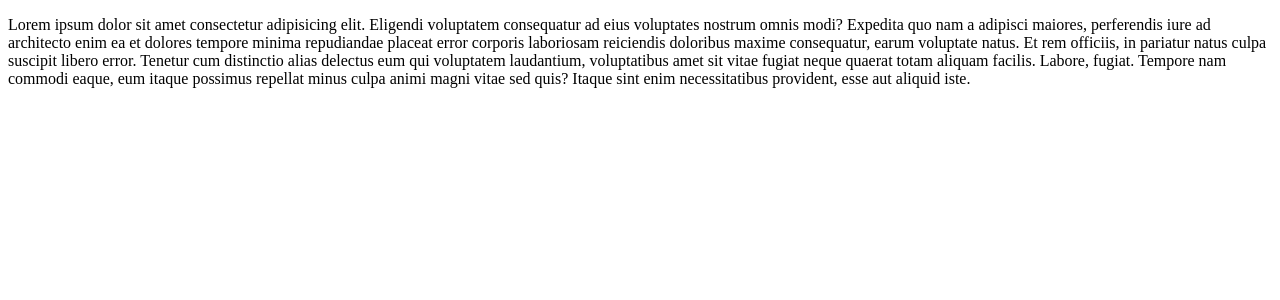
Repository: Kienroro2003/Kienroro-Learning-Evondev-Course
Page: javascript/lesson/selector-remove-attribute.html
An editor plug-in stored every save of this project. The page is shown before and after a run of saves, followed by the edit.
The browser window is 1280 px wide. The pictures show the whole page.

Above is the page before, as saved 2022-10-22 11:01:22.

After the next 7 saves:
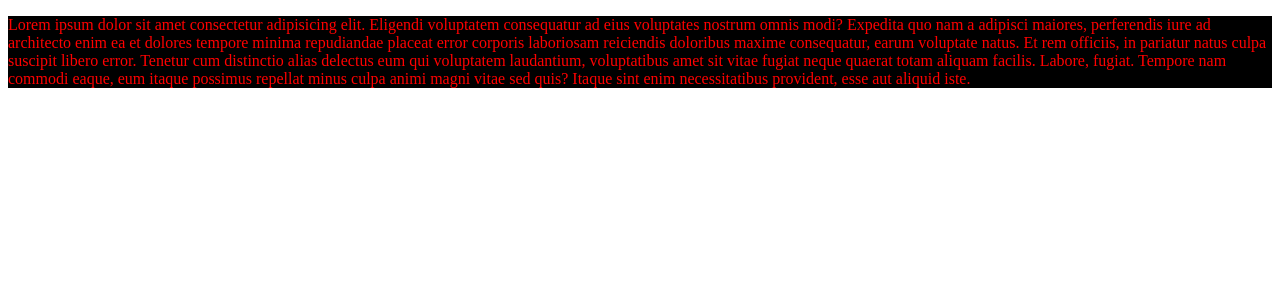
The 7 saves are shown as one change because they came seconds apart.
The last was saved 18 s later.
--- a/javascript/lesson/selector-remove-attribute.html
+++ b/javascript/lesson/selector-remove-attribute.html
@@ -7,7 +7,7 @@
     <title>Document</title>
   </head>
   <body>
-    <p style="">
+    <p style="color:red;background-color: #000;">
       Lorem ipsum dolor sit amet consectetur adipisicing elit. Eligendi
       voluptatem consequatur ad eius voluptates nostrum omnis modi? Expedita quo
       nam a adipisci maiores, perferendis iure ad architecto enim ea et dolores
